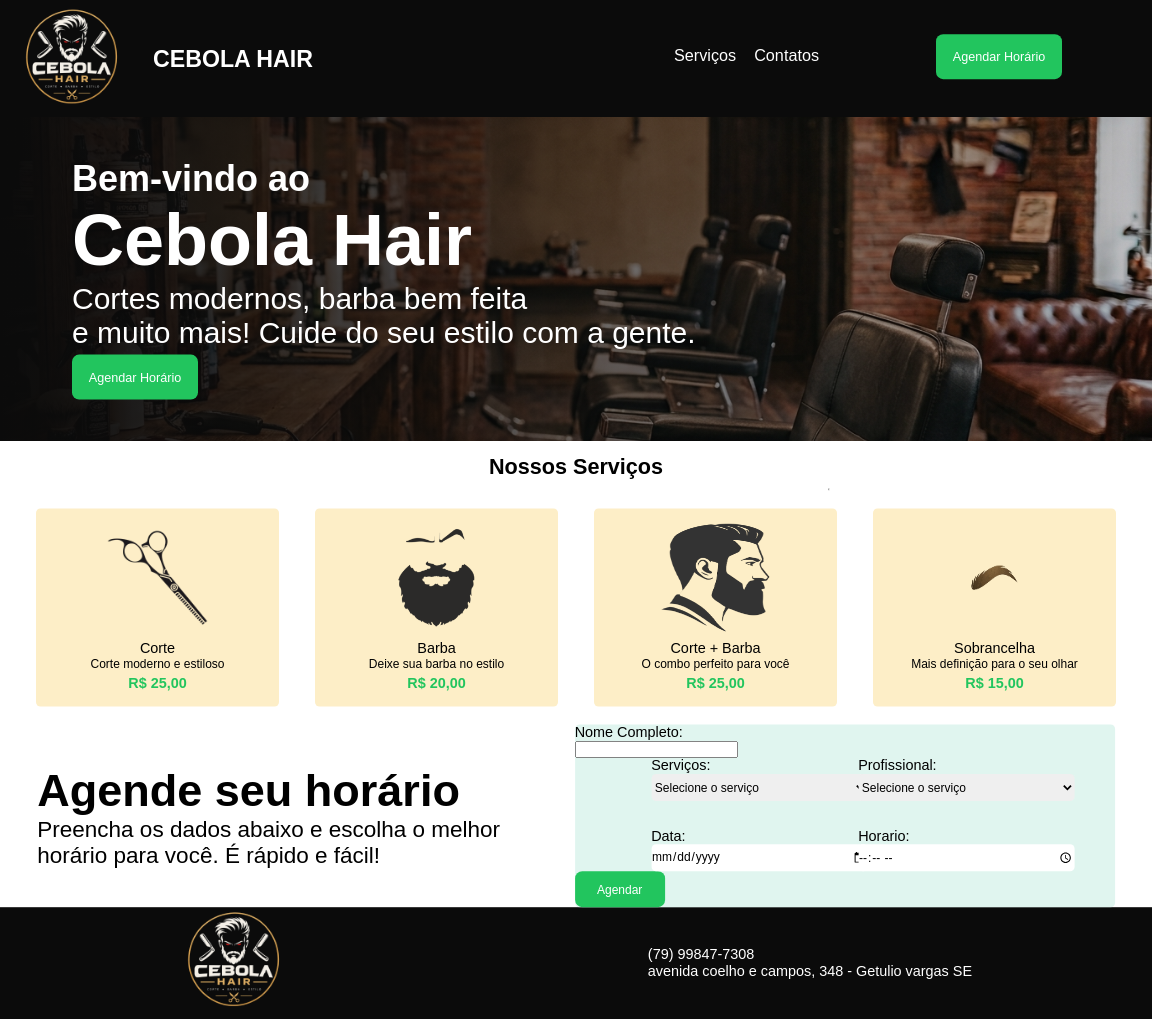
Repository: antonymsantana-design/final.activitie1
Page: index.html
The author's editor kept a copy of each file at every save. The page is drawn from the files as they stood at one save, then again after a run of saves.
The browser window is 1280 px wide. The pictures show the whole page, at 90% of full size.

Above is the page before, as saved 2026-09-15 19:52:04.

After the next 2 saves:
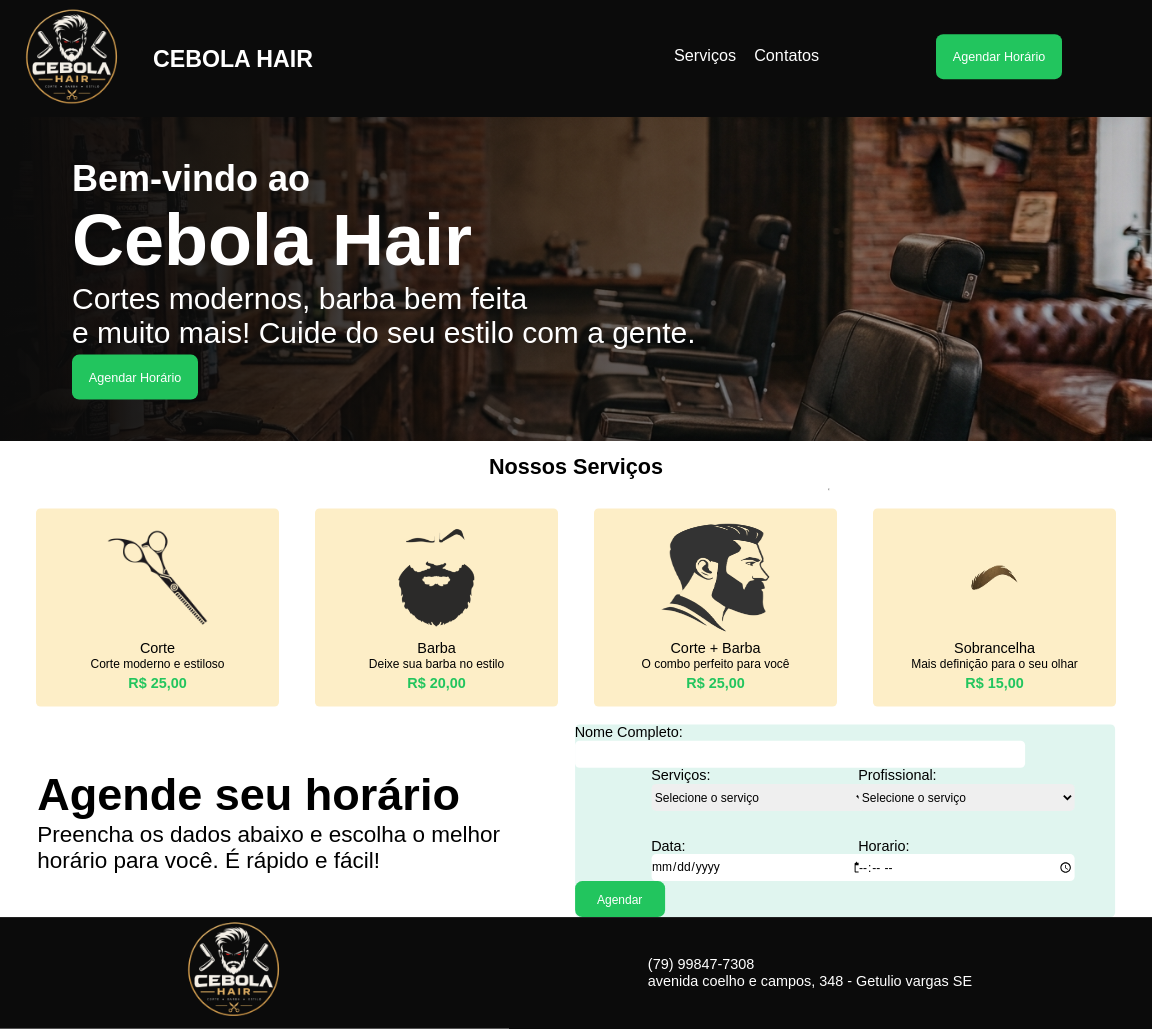
The 2 saves are shown as one change because they came seconds apart.
The last was saved 5 s later.
--- a/style.css
+++ b/style.css
@@ -199,6 +199,14 @@ footer{
     margin-right: 20px;
 }
 
+.forms{
+    width: 500px;
+    height: 30px;
+    border-radius: 5px;
+    border: none;
+    margin-right: 20px;
+}
+
 .agendarbtn{
     display: flex;
     justify-content: center;
